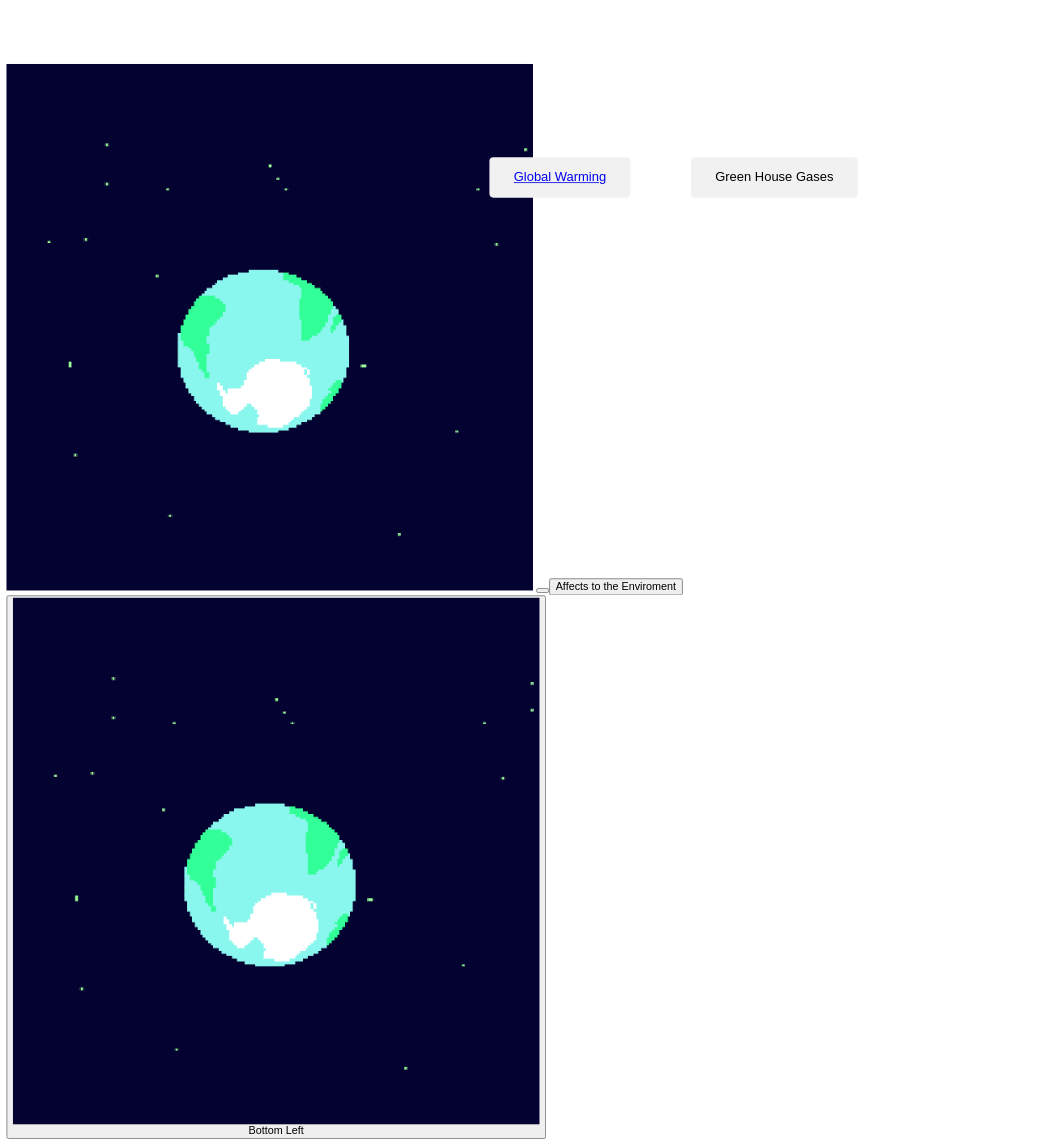
Repository: Alejandra-Pelayo/Alejandra-Pelayo.github.io
Page: 2.1.4/Example.html
The author's editor kept a record of every edit. The page is drawn from the files as they stood at one moment, then again after the next edit.
The browser window is 1280 px wide. The pictures show the whole page, at 81% of full size.

Above is the page before.

### 2.1.4/Example.html
<body>

<p><font size="20" color="white">Global Warming</font></p>


<img src="world_gif.gif" />
<link href="example.css" rel="stylesheet" type="text/css">

<button1>
    <a href="Enviromental.html">
      <button class="btn"> Global Warming<Button</button>
<button2>
    <a href = "Green_House.html">
      <button class ="btn2"> Green House Gases <Button/button>
<button3>
    <a href = "animals.html">
      <button class ="btn3"> Affects to the Enviroment <Button/button>



<div class="container">
    <img src="world_gif.gif" />
    <div class="Global Warming">Bottom Left</div>

### 2.1.4/example.css

 .world{
   position: fixed;
  top: 5;
  left: 5;

  /* Preserve aspet ratio */
  min-width: 100%;
  min-height: 100%;
}



/*
img{
    position: fixed;
  top: 5;
  left: 5;


  min-width: 100%;
  min-height: 100%;
}
*/
/* Button Code*/
.btn{
  position: absolute;
  top: 20%;
  left:20%;
  transform: translate(200%, 100%);
  -ms-transform: translate(-80%, -80%);
  background-color: #f1f1f1;
  color: black;
  font-size: 16px;
  padding: 16px 30px;
  border: none;
  cursor: pointer;
  border-radius: 5px;
  text-align: center;

}
/*
.btn2{
    position: absolute;
  top: 20%;
  left: 20%;
  transform: translate(40%, 100%);
  -ms-transform: translate(-80%, -80%);
  background-color: #f1f1f1;
  color: black;
  font-size: 16px;
  padding: 16px 30px;
  border: none;
  cursor: pointer;
  border-radius: 5px;
  text-align: center;
}
*/
.btn2{
    position: absolute;
  top: 20%;
  left: 20%;
  transform: translate(290%, 100%);
  -ms-transform: translate(-80%, -80%);
  background-color: #f1f1f1;
  color: black;
  font-size: 16px;
  padding: 16px 30px;
  border: none;
  cursor: pointer;
  border-radius: 5px;
  text-align: center;
}

.avatar{
  vertical-align: middle;
  width: 50px;
  height: 50px;
  border-radius: 50%;
  position: absolute;
  top: 0px;
  right: 0px;
}

After the next edit:
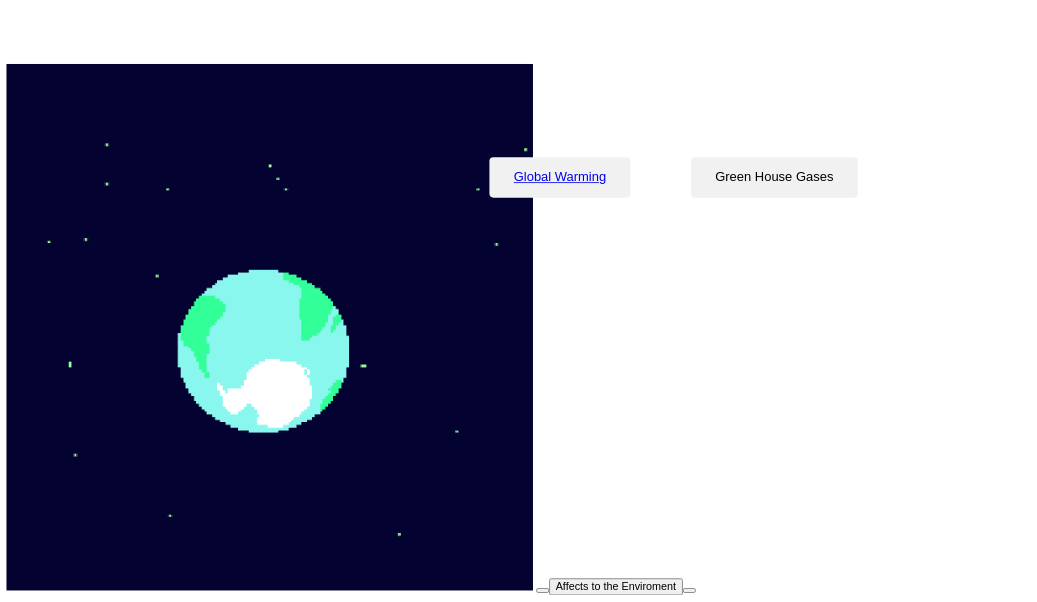
The edit:
--- a/2.1.4/Example.html
+++ b/2.1.4/Example.html
@@ -15,9 +15,3 @@
 <button3>
     <a href = "animals.html">
       <button class ="btn3"> Affects to the Enviroment <Button/button>
-
-
-
-<div class="container">
-    <img src="world_gif.gif" />
-    <div class="Global Warming">Bottom Left</div>
